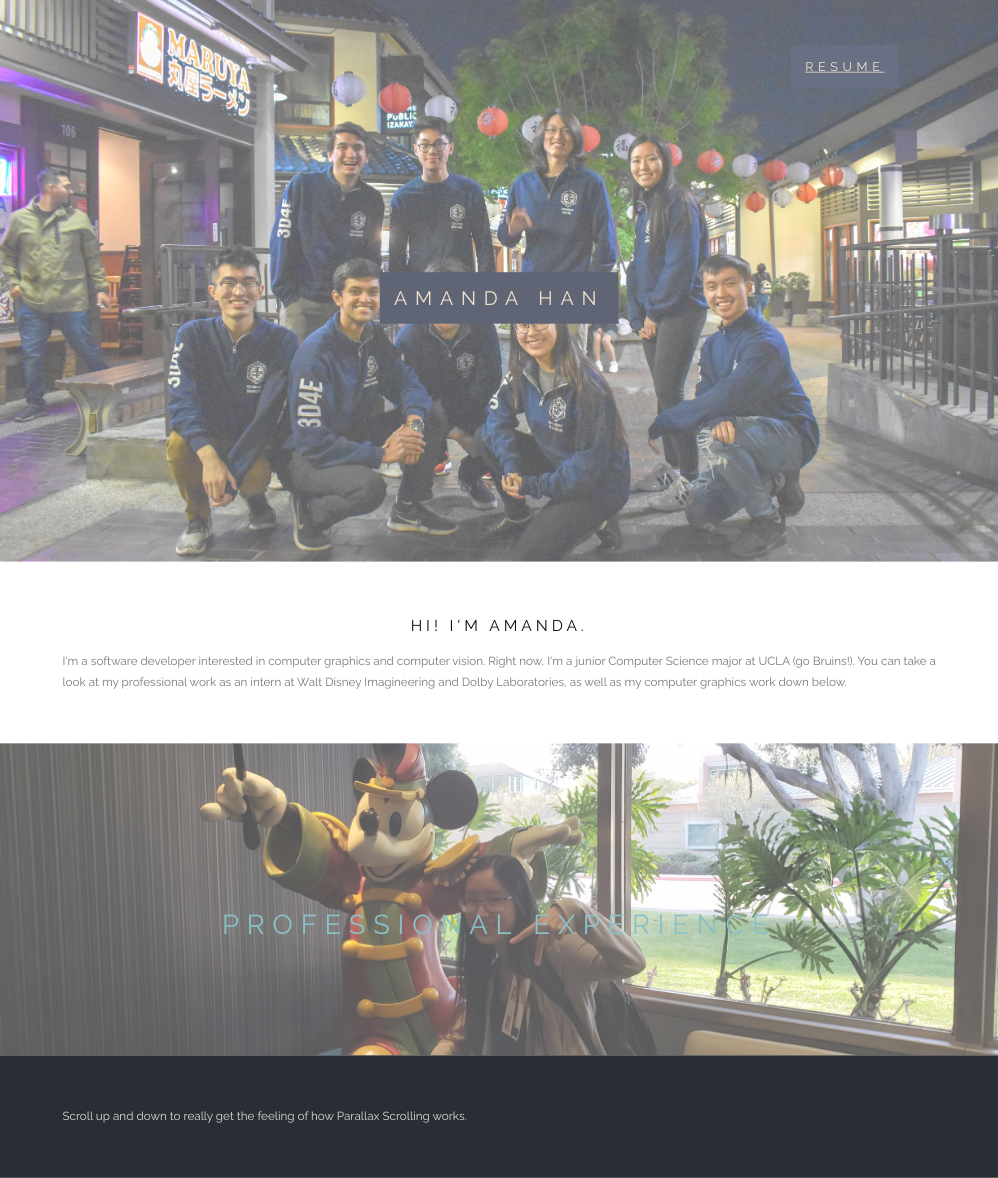
Repository: aliyuanh/me
Page: index.html
An editor plug-in stored every save of this project. The page is shown before and after the next save, followed by the edit.
The browser window is 1280 px wide. The pictures show the part of the page from y = 0 to 1510 px (the page is 2787 px tall), at 78% of full size.
Pictures or frames that could not be fetched are drawn as grey boxes.

Above is the page before, as saved 2020-09-17 12:22:57.

### index.html
<!DOCTYPE html>
<html>

<head>
    <link href="https://fonts.googleapis.com/css2?family=Raleway:ital,wght@0,100;0,400;1,400;1,500&display=swap" rel="stylesheet">
    <meta name="viewport" content="width=device-width, initial-scale=1">
    <style>
         :root {
            --oxford-blue: #0b132bff;
            --space-cadet: #1c2541ff;
            --cadet-blue: #4da1a9ff;
            --wheat: #edd4b2ff;
            --mountbatten-pink: #9a7aa0ff;
        }

        body,
        html {
            height: 100%;
            margin: 0;
            font: 400 15px/1.8 "Raleway", sans-serif;
            color: #777;
        }

        .bgimg-1,
        .bgimg-2,
        .bgimg-3 {
            position: relative;
            opacity: 0.65;
            background-attachment: fixed;
            background-position: center;
            background-repeat: no-repeat;
            background-size: cover;
        }

        .bgimg-1 {
            background-image: url("img/tokyo.jpg");
            min-height: 100%;
        }

        .bgimg-2 {
            background-image: url("img/imagineering.jpg");
            min-height: 400px;
        }

        .bgimg-3 {
            background-image: url("img/cmmnd.png");
            min-height: 400px;
        }

        .caption {
            position: absolute;
            left: 0;
            top: 50%;
            width: 100%;
            text-align: center;
            color: #000;
        }

        .caption span.border {
            background-color: var(--oxford-blue);
            color: var(--wheat);
            padding: 18px;
            font-size: 25px;
            letter-spacing: 10px;
        }

        h3 {
            letter-spacing: 5px;
            text-transform: uppercase;
            font: 20px "Raleway", sans-serif;
            color: #111;
        }
        /* Turn off parallax scrolling for tablets and phones */

        .toResume {
            top: 10%;
            width: 100%;
            right: 10%;
            text-align: right;
            color: #000;
            position: absolute;
        }

        .resumeButton {
            background-color: var(--space-cadet);
            color: var(--wheat);
            padding: 18px;
            font-size: 16px;
            letter-spacing: 6px;
        }

        @media only screen and (max-device-width: 1024px) {
            .bgimg-1,
            .bgimg-2,
            .bgimg-3 {
                background-attachment: scroll;
            }
        }
        /* CSS HEX */
    </style>
</head>

<body>

    <div class="bgimg-1">
        <div class="toResume">
            <a class="resumeButton" href="https://drive.google.com/file/d/1WPi9M0jbwAtVQjWsxIvFWxaKqeurGUjf/view?usp=sharing">RESUME</a>
        </div>
        <div class="caption">
            <span class="border">AMANDA HAN</span>
        </div>
    </div>

    <div style="color: #777;background-color:white;text-align:center;padding:50px 80px;text-align: justify;">
        <h3 style="text-align:center;">Hi! I'm Amanda.</h3>
        <p>I'm a software developer interested in computer graphics and computer vision. Right now, I'm a junior Computer Science major at UCLA (go Bruins!). You can take a look at my professional work as an intern at Walt Disney Imagineering and Dolby Laboratories,
            as well as my computer graphics work down below.
        </p>
    </div>

    <div class="bgimg-2">
        <div class="caption">
            <span class="border" style="background-color:transparent;font-size:35px;color:var(--cadet-blue);">PROFESSIONAL EXPERIENCE</span>
        </div>
    </div>

    <div style="position:relative;">
        <div style="color:#ddd;background-color:#282E34;text-align:center;padding:50px 80px;text-align: justify;">
            <p>Scroll up and down to really get the feeling of how Parallax Scrolling works.</p>
        </div>
    </div>

    <div class="bgimg-3">
        <div class="caption">
            <span class="border" style="background-color:transparent;font-size:25px;color: #f7f7f7;">SCROLL UP</span>
        </div>
    </div>

    <div style="position:relative;">
        <div style="color:#ddd;background-color:#282E34;text-align:center;padding:50px 80px;text-align: justify;">
            <p>Scroll up and down to really get the feeling of how Parallax Scrolling works.</p>
        </div>
    </div>

    <div class="bgimg-1">
        <div class="caption">
            <span class="border"><a href="mailto: aliyuanh@ucla.edu" style="color:#ddd ">Email me!</a></span>
        </div>
    </div>

</body>

</html>

After the next save:
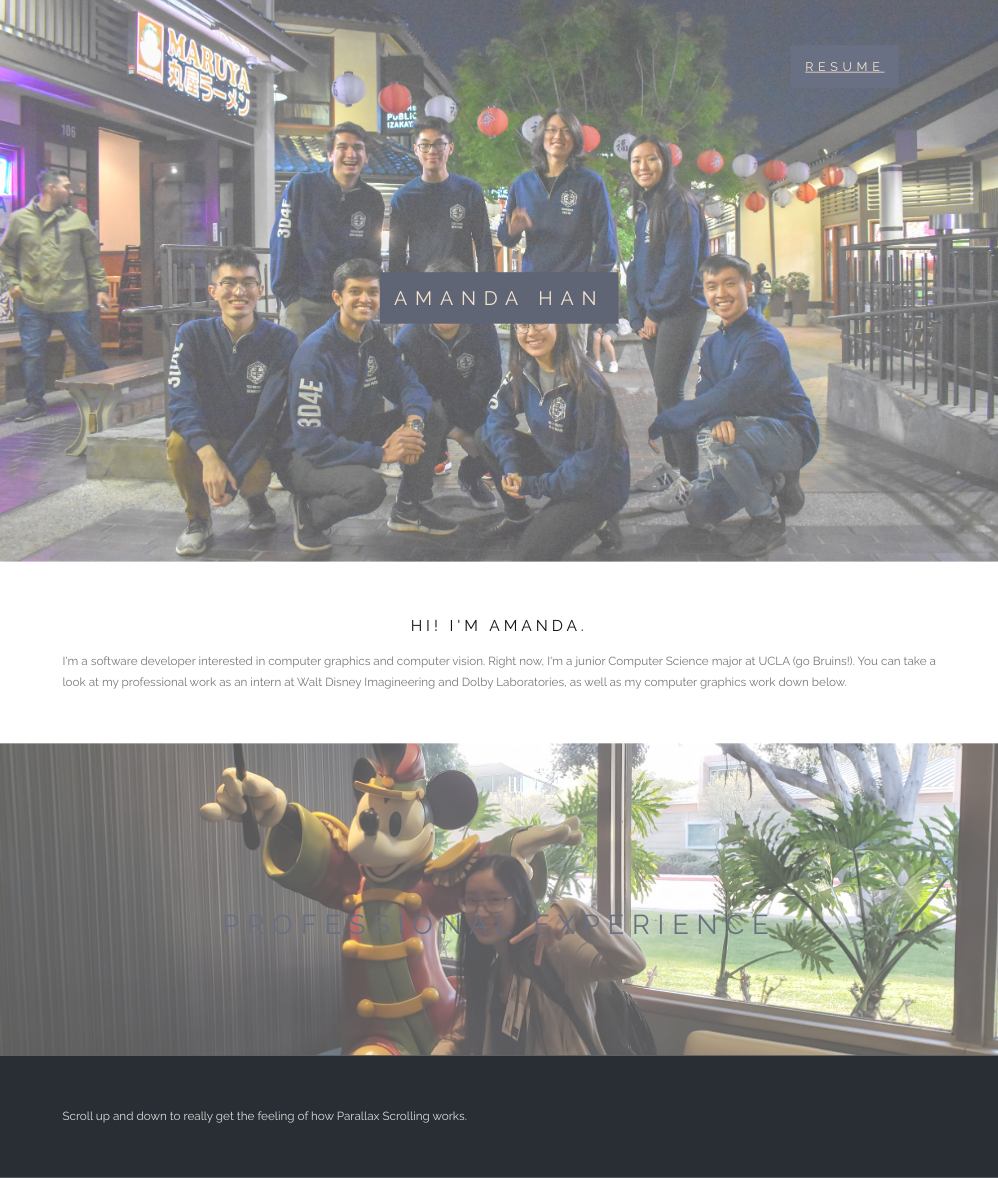
Saved 13 s later.
--- a/index.html
+++ b/index.html
@@ -120,7 +120,7 @@
 
     <div class="bgimg-2">
         <div class="caption">
-            <span class="border" style="background-color:transparent;font-size:35px;color:var(--cadet-blue);">PROFESSIONAL EXPERIENCE</span>
+            <span class="border" style="background-color:transparent;font-size:35px;color:var(--space-cadet);">PROFESSIONAL EXPERIENCE</span>
         </div>
     </div>
 
